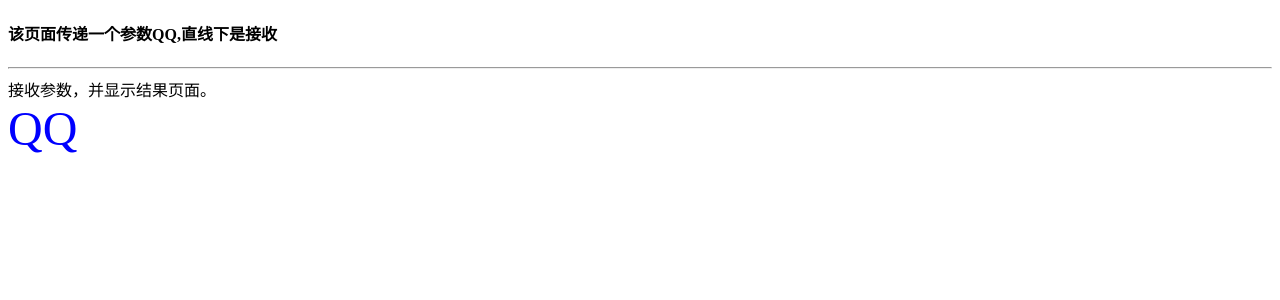
Repository: jhonprice/datecode
Page: http://localhost/jsp_study/3_5_1.jsp
The author's editor kept a copy of each file at every save. The page is drawn from the files as they stood at one save, then again after the next save.
The browser window is 1280 px wide. The pictures show the whole page.
The page is served by Tomcat 9.

Above is the page before, as saved 2015-11-01 11:58:03.

### java空间/jsp_study/WebContent/3_5_1.jsp
<%@ page language="java" contentType="text/html; charset=UTF-8"
    pageEncoding="UTF-8"%>
<!DOCTYPE html PUBLIC "-//W3C//DTD HTML 4.01 Transitional//EN" "http://www.w3.org/TR/html4/loose.dtd">
<html>
<head>
<meta http-equiv="Content-Type" content="text/html; charset=UTF-8">
<title>传参数页面</title>
</head>
<body>
	<h4>该页面传递一个参数QQ,直线下是接收</h4>
	<hr>
	<jsp:include page="3_5_2.jsp">
		<jsp:param name="userName" value="QQ"/>
	</jsp:include>

</body>
</html>

### java空间/jsp_study/WebContent/3_5_2.jsp
<%@ page language="java" contentType="text/html; charset=UTF-8"
    pageEncoding="UTF-8"%>
<!DOCTYPE html PUBLIC "-//W3C//DTD HTML 4.01 Transitional//EN" "http://www.w3.org/TR/html4/loose.dtd">
<html>
<head>
<meta http-equiv="Content-Type" content="text/html; charset=UTF-8">
<title>接收参数界面</title>
</head>
<body>
	接收参数，并显示结果页面。<br>
	<%String str=request.getParameter("userName"); %>
	<font color="blue" size="12"><%=str %></font>
</body>
</html>

After the next save:
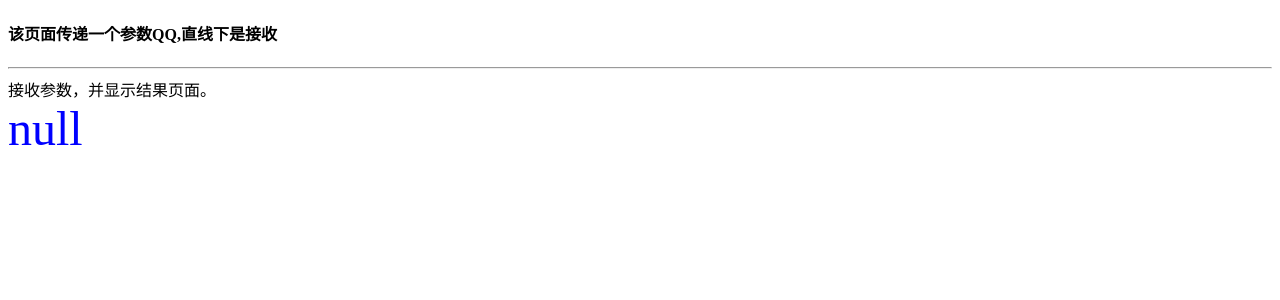
Saved 56 s later.
--- a/java空间/jsp_study/WebContent/3_5_1.jsp
+++ b/java空间/jsp_study/WebContent/3_5_1.jsp
@@ -10,7 +10,7 @@
 	<h4>该页面传递一个参数QQ,直线下是接收</h4>
 	<hr>
 	<jsp:include page="3_5_2.jsp">
-		<jsp:param name="userName" value="QQ"/>
+		<jsp:param name="uuserName" value="QQ"/>
 	</jsp:include>
 
 </body>

After the save that followed:
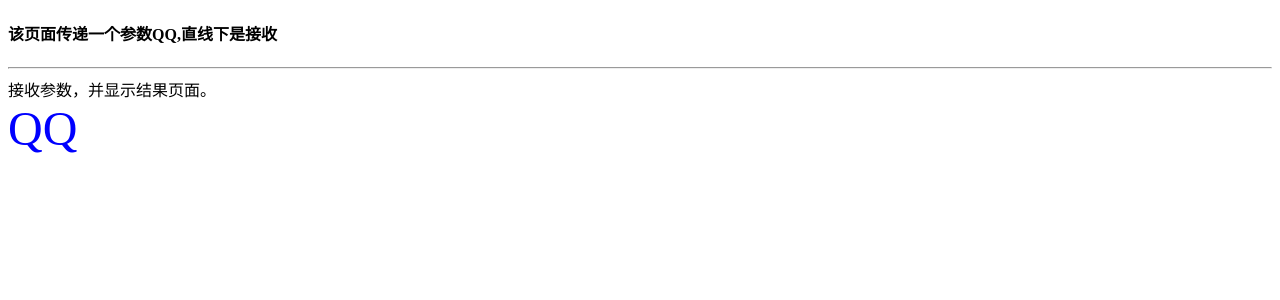
Saved 1 s later.
--- a/java空间/jsp_study/WebContent/3_5_2.jsp
+++ b/java空间/jsp_study/WebContent/3_5_2.jsp
@@ -8,7 +8,7 @@
 </head>
 <body>
 	接收参数，并显示结果页面。<br>
-	<%String str=request.getParameter("userName"); %>
+	<%String str=request.getParameter("uuserName"); %>
 	<font color="blue" size="12"><%=str %></font>
 </body>
 </html>
